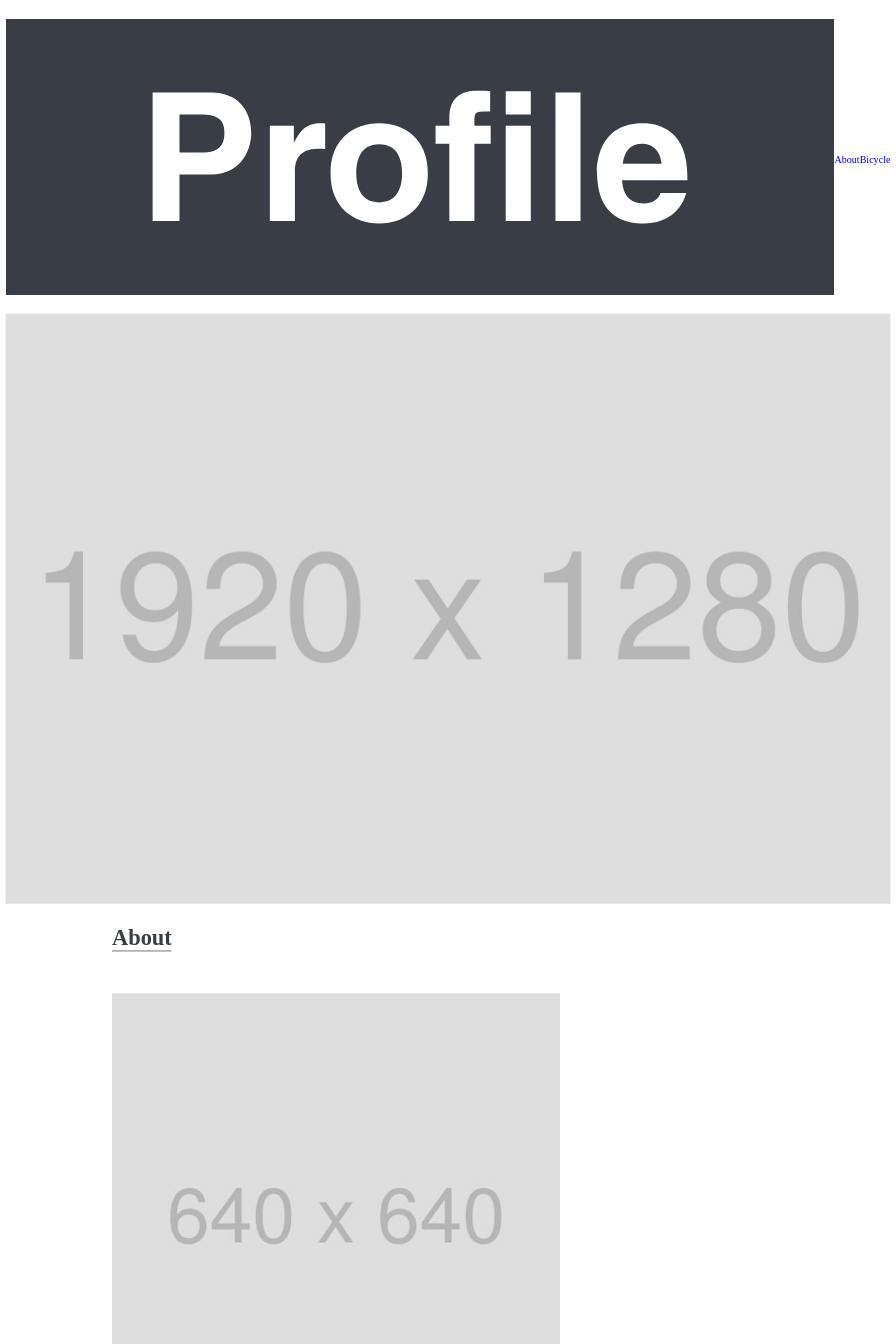
Repository: Fuki-san/bicycle
Page: http://localhost/profile
The author's editor kept a copy of each file at every save. The page is drawn from the files as they stood at one save, then again after the next save.
The browser window is 1280 px wide. The pictures show the part of the page from y = 0 to 1920 px (the page is 4323 px tall before and 4303 px after), at 70% of full size.
The page is served by the project's Laravel application, run on PHP 8.4 with Laravel 10.

Above is the page before, as saved 2023-11-18 15:16:01.

After the next save:
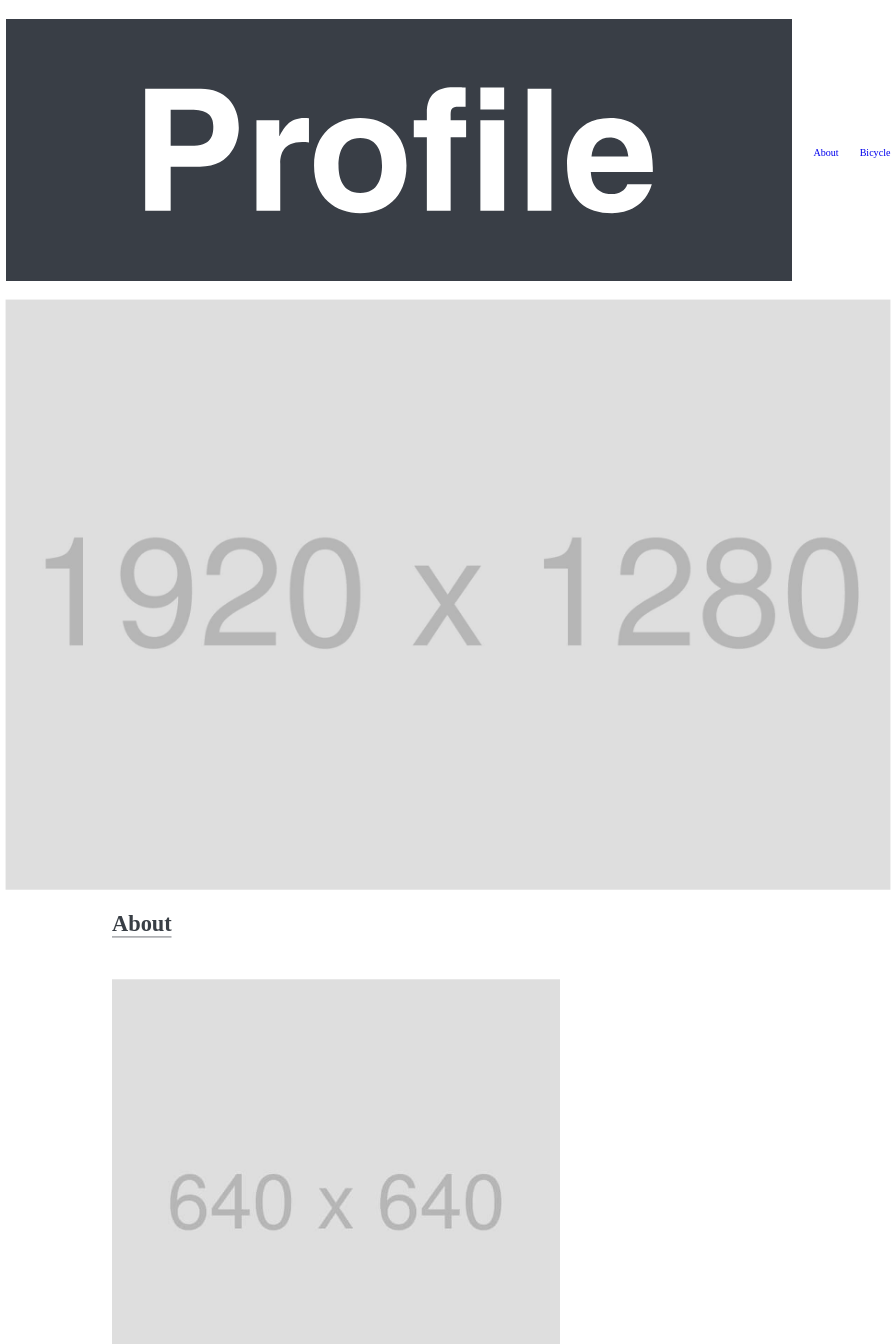
Saved 6 s later.
--- a/public/css/style.css
+++ b/public/css/style.css
@@ -63,5 +63,6 @@ li{
 }
 
 #header li{
-    margin-
+    margin-left: 30px;
+
 }
